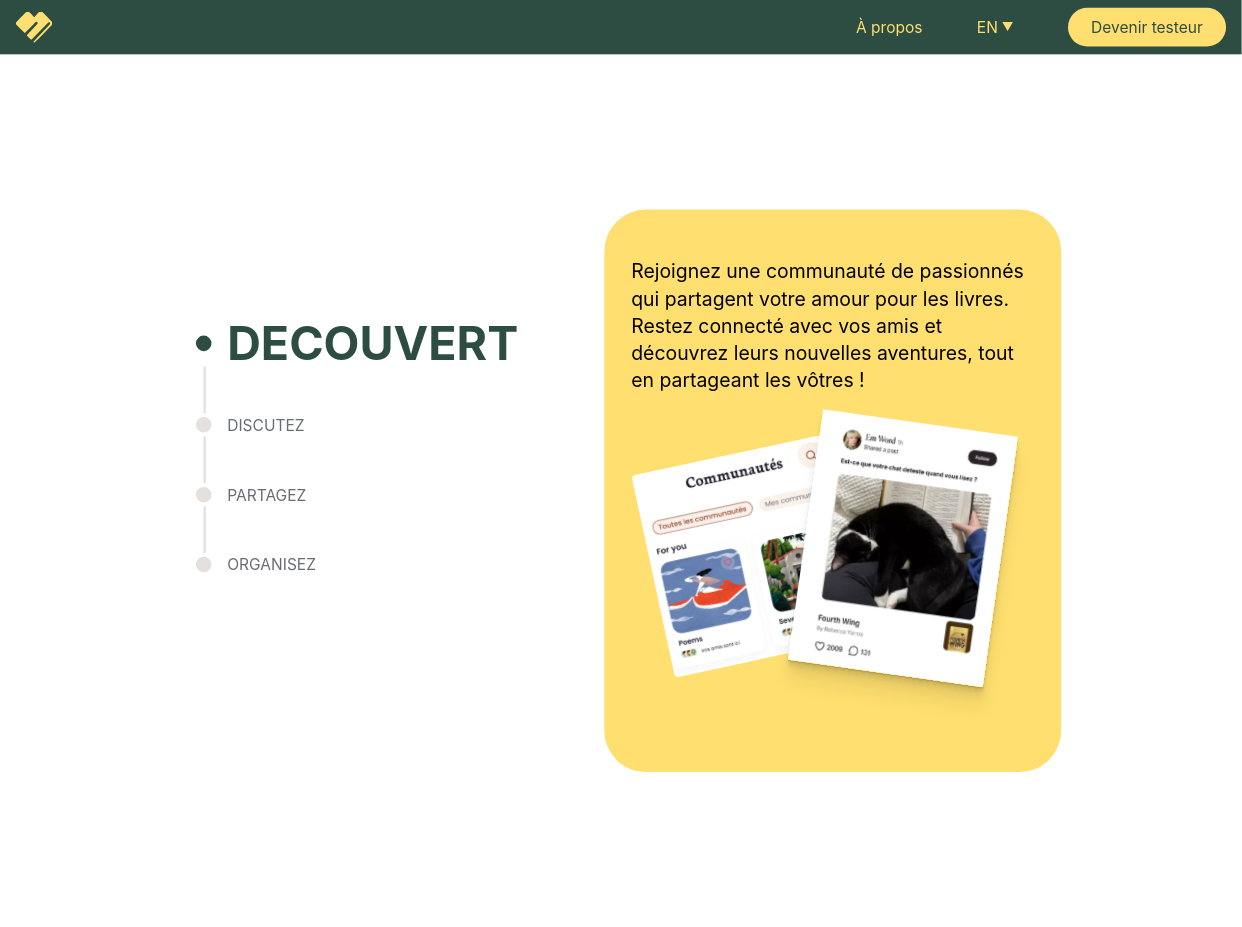
Repository: enas-elm/bookish-landing
Page: /
The author's editor kept a copy of each file at every save. The page is drawn from the files as they stood at one save, then again after a run of saves.
The browser window is 1280 px wide. The pictures show the whole page, at 97% of full size.
The project was rebuilt for these pictures with package versions that can differ from the ones it lists, and the page was loaded fresh each time.

Above is the page before, as saved 2024-09-12 11:06:33.

After the next 2 saves:
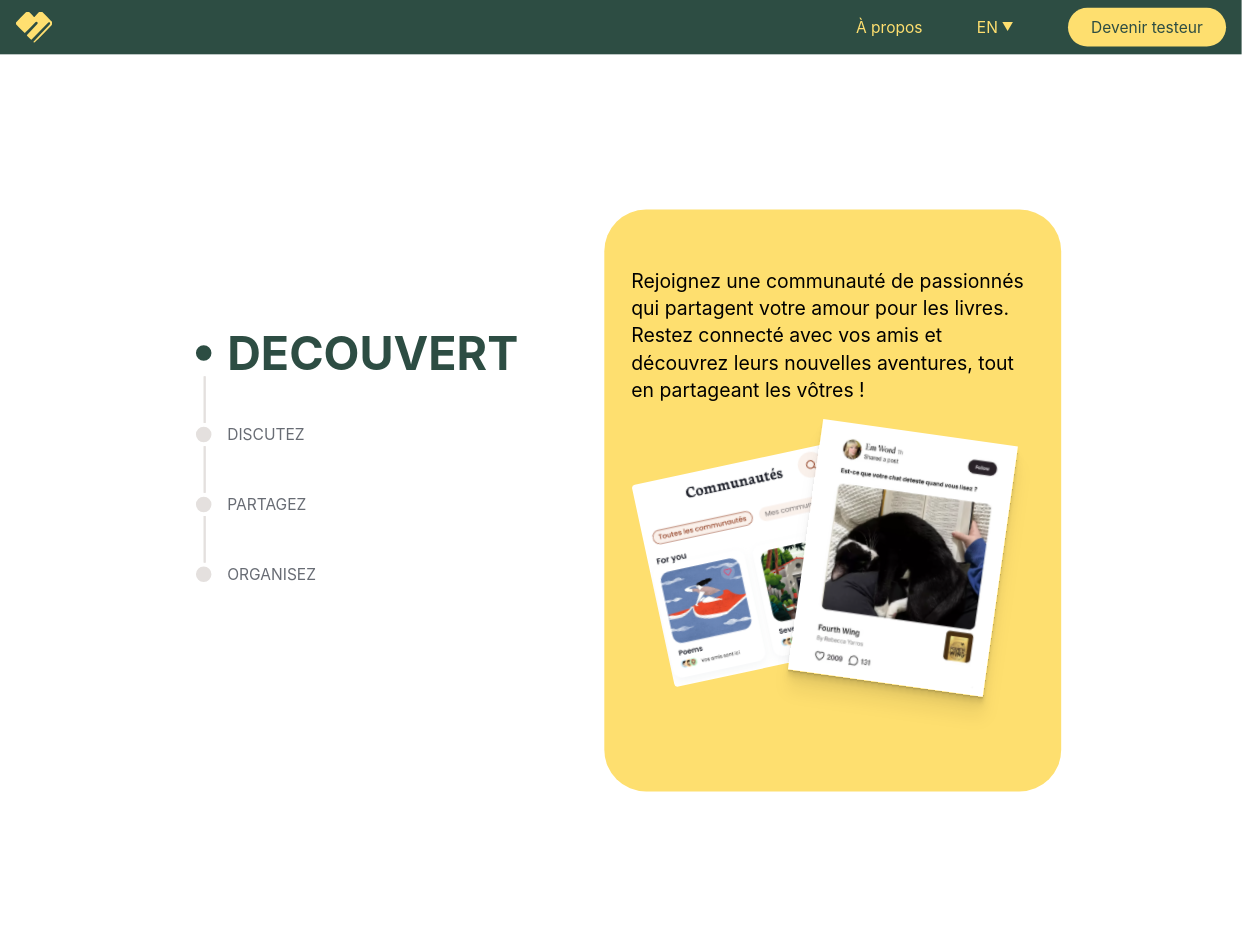
The 2 saves are shown as one change because they came seconds apart.
The last was saved 8 s later.
--- a/tailwind.config.js
+++ b/tailwind.config.js
@@ -25,7 +25,7 @@ module.exports = {
         471: "471px",
       },
       height: {
-        611: "580px",
+        611: "600px",
       },
     },
   },
